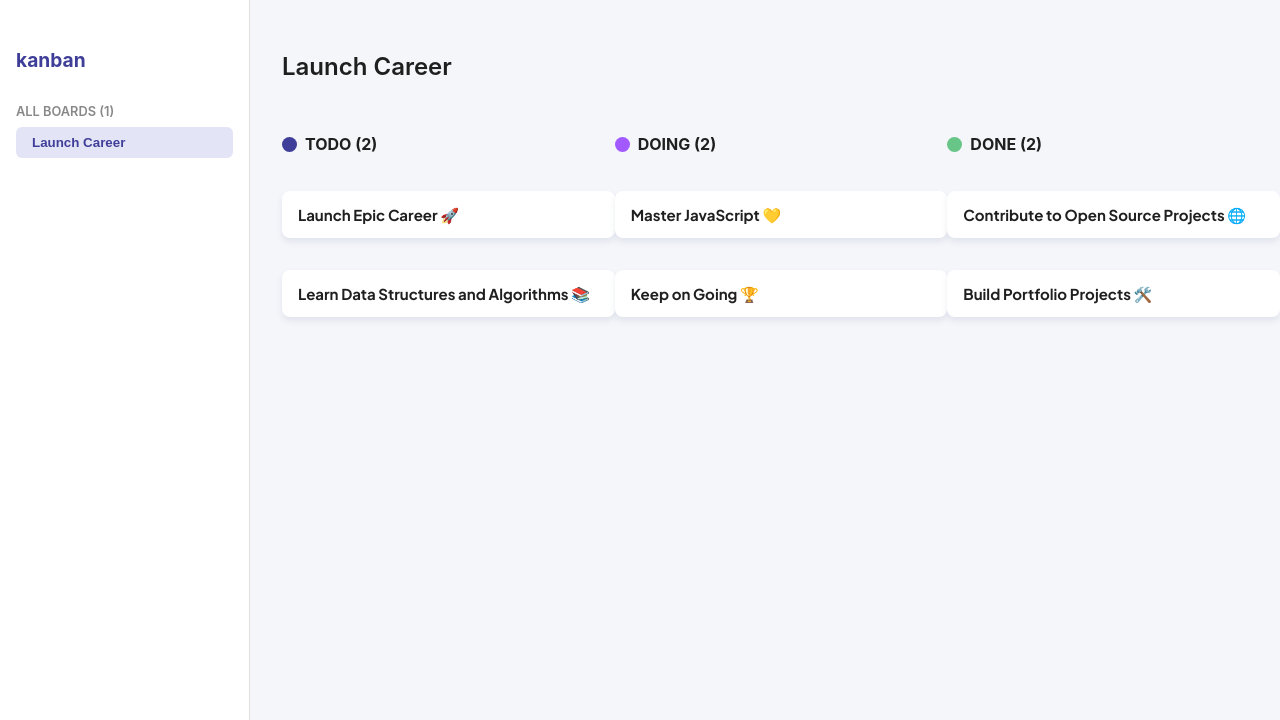
Repository: andajonas/ANDJON25111_fto2502_A2_Anda_Jonas_JSL01
Page: index.html
The author's editor kept a copy of each file at every save. The page is drawn from the files as they stood at one save, then again after a run of saves.
The browser window is 1280 px wide. The pictures show the whole page.

Above is the page before, as saved 2025-04-24 13:54:29.

After the next 2 saves:
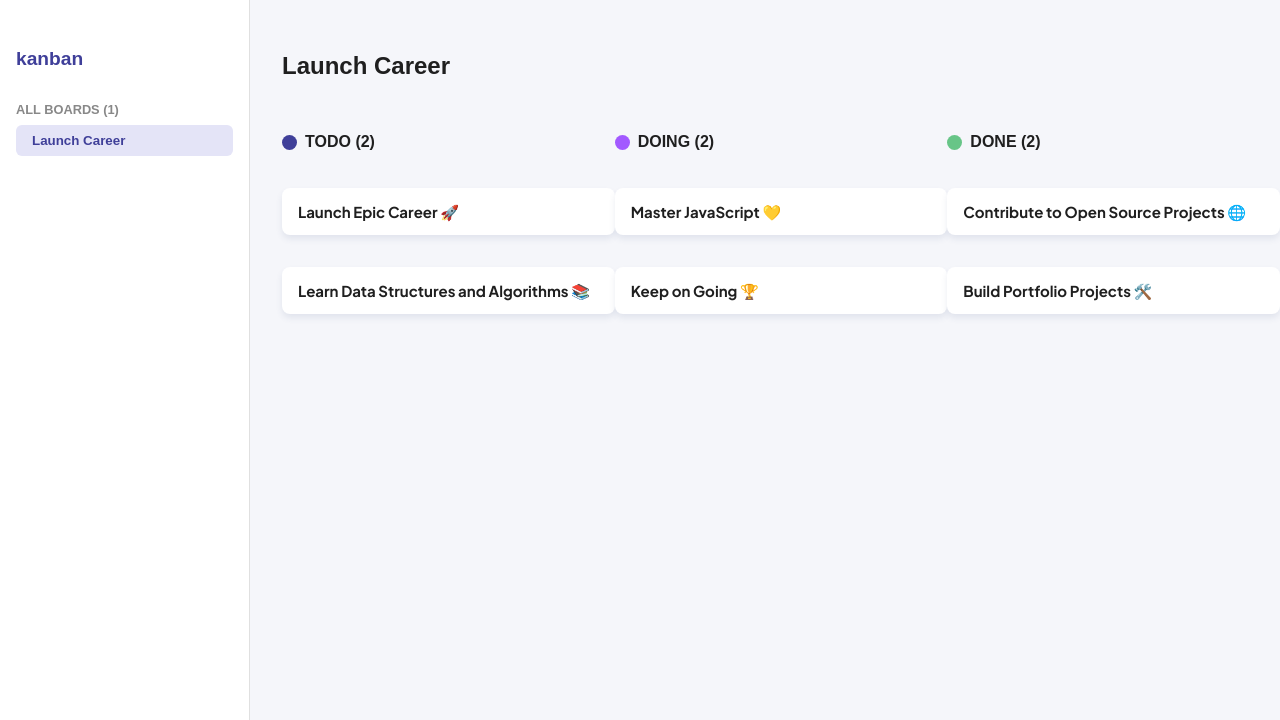
The 2 saves are shown as one change because they came seconds apart.
The last was saved 32 s later.
--- a/style.css
+++ b/style.css
@@ -2,7 +2,7 @@
 /* Base Styles */
 body {
     margin: 0;
-    font-family: 'Inter', sans-serif;
+    font-family:  sans-serif;
     background-color: #f5f6fa;
     color: #1f1f1f;
   }
